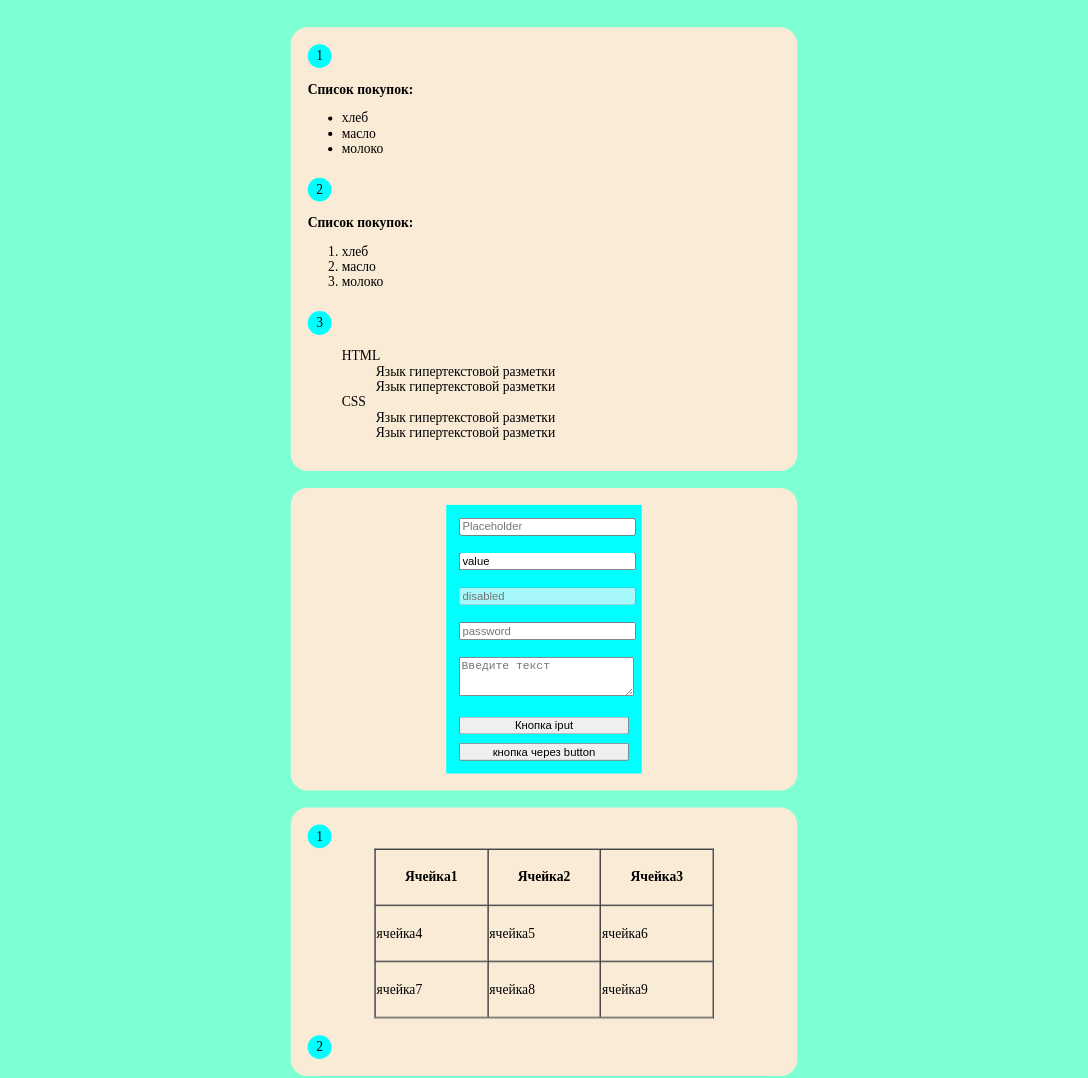
Repository: Savich01/-
Page: html/index.html
The author's editor kept a copy of each file at every save. The page is drawn from the files as they stood at one save, then again after the next save.
The browser window is 1280 px wide. The pictures show the whole page, at 85% of full size.

Above is the page before, as saved 2024-05-31 16:45:12.

### html/index.html
<!DOCTYPE html>
<html lang="en">
<head>
    <meta charset="UTF-8">
    <meta name="viewport" content="width=device-width, initial-scale=1.0">
    <title>Document</title>
    <link rel="stylesheet" href="/css/style.css">
</head>
<body>

    <header class="header">

    </header>
    <main class="main">
        <div class="container">
            <section class="section-1">
                <div class="block">1</div>
                <p class="text">
                    <b>Список покупок:</b>
                </p>
                <ul class="list">
                    <li>хлеб</li>
                    <li>масло</li>
                    <li>молоко</li>
                </ul>

                <div class="block">2</div>
                <p class="text">
                    <b>Список покупок:</b>
                </p>
                <ol class="list">
                    <li>хлеб</li>
                    <li>масло</li>
                    <li>молоко</li>
                </ol>

                <div class="block">3</div>
                <ul class="main-list--item">
                    <li>HTML
                        <ul>
                            <li class="main-link">Язык гипертекстовой разметки</li>
                            <li class="main-link">Язык гипертекстовой разметки</li>
                        </ul>
                    </li>
                    <li>CSS
                        <ul>
                            <li class="main-link">Язык гипертекстовой разметки</li>
                            <li class="main-link">Язык гипертекстовой разметки</li>
                        </ul>
                    </li>
                </ul>
            </section>

            <section class="section-2">
                <form action="#" class="form">
                    <input class="input" type="text" placeholder="Placeholder">
                    <input class="input" type="text" value="value">
                    <input class="input" type="text" disabled="disabled" placeholder="disabled">
                    <input class="input" type="password" placeholder="password">
                    <textarea class="textarea" placeholder="Введите текст"></textarea>
                    <input class="input-btn" type="button" value="Кнопка iput">
                    <button class="button">кнопка через button</button>
                </form>
            </section>

            <section class="section-3">
                <div class="block">1</div>
                <table class="table" width=400 height=200 border=1 cellpedding=0 cellspacing=0>
                    <tr>
                        <th>Ячейка1</th>
                        <th>Ячейка2</th>
                        <th>Ячейка3</th>
                    </tr>

                    <tr>
                        <td>ячейка4</td>
                        <td>ячейка5</td>
                        <td>ячейка6</td>
                    </tr>
                    <tr>
                        <td>ячейка7</td>
                        <td>ячейка8</td>
                        <td>ячейка9</td>
                    </tr>
                </table>

                <div class="block">2</div>
            </section>
        </div>
    </main>
    <footer class="footer">

    </footer>

</body>
</html>

### css/style.css
body{
    max-width: 600px;
    height: 100%;
    margin: 0 auto;
    background-color: aquamarine;
    padding: 0px 10px;
}

.container{
    padding: 2px;
    margin-top: 30px;
}
/* ==========SECTION-1========================== */
.section-1{
    padding: 20px;
    background-color: antiquewhite;
    border-radius: 20px;
    margin-bottom: 20px;
}

.block{
    background-color:aqua;
    display: inline-block;
    padding: 5px 10px;
    border-radius: 100%;
}

.list{
    margin-bottom: 25px;
}
.main-list--item{
    list-style: none;
    /* text-decoration: none; */
}

.main-link{
    list-style: none;
}

/* ==========SECTION-2========================== */

.section-2{
    background-color: antiquewhite;
    border-radius: 20px;
    padding: 20px;
    margin-bottom: 20px;
}

.form{
    margin: 0 auto;
    max-width: 200px;
    padding: 15px;
    background-color: aqua;
}
.input{
    margin: 0 auto;
    width: 100%;
    margin-bottom: 20px;
}
.textarea{
    width: 100%;
    height: 40px;
    margin-bottom: 20px;
}

.input-btn{
    display: block;
    width: 100%;
    margin-bottom: 10px;
    cursor: pointer;
}
.button{
    display: block;
    width: 100%;
    cursor: pointer;
}

/* ==========SECTION-3========================== */

.section-3{
    background-color: antiquewhite;
    border-radius: 20px;
    padding: 20px;
}

.table{
    margin: 0 auto;
    margin-bottom: 20px;
}

After the next save:
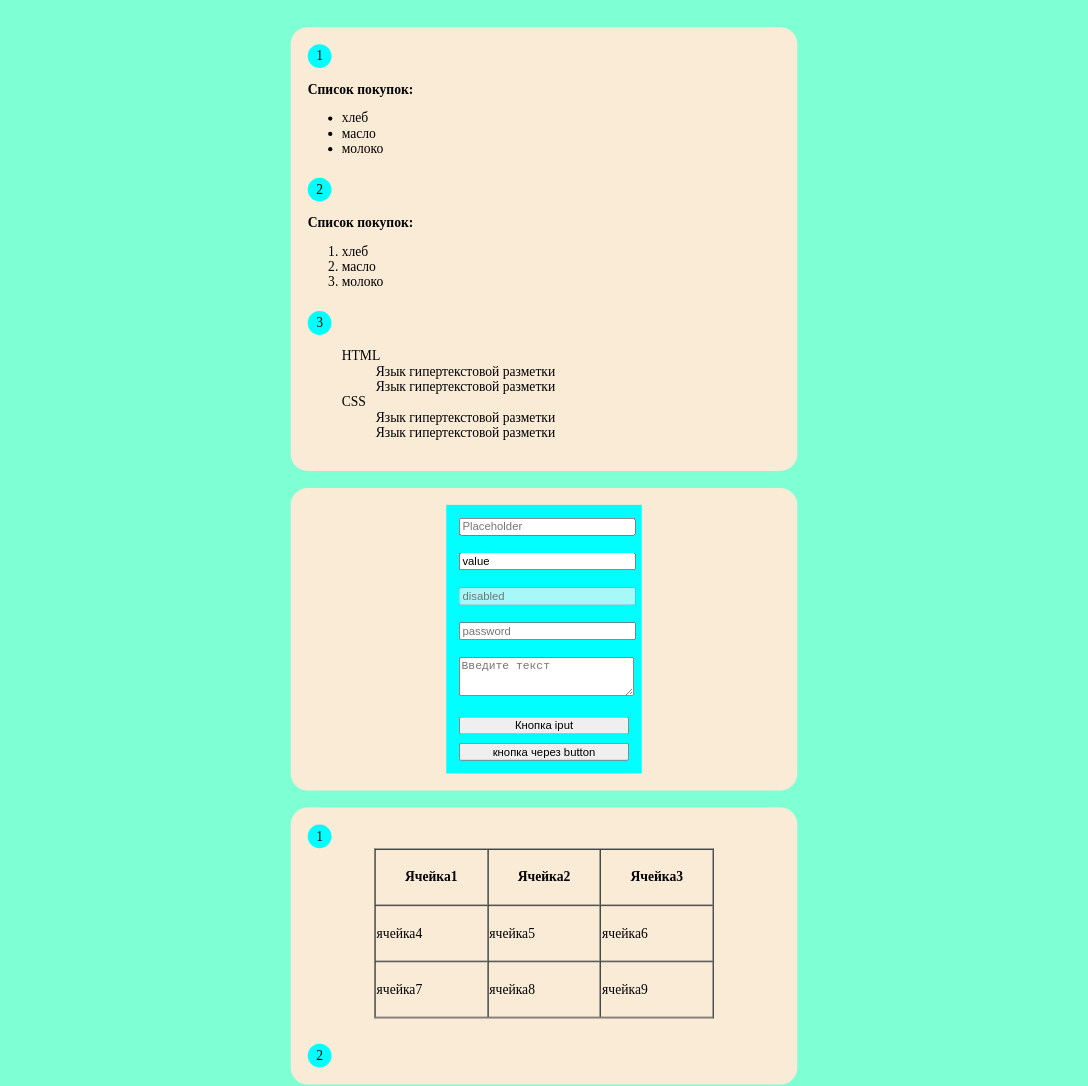
Saved 25 s later.
--- a/css/style.css
+++ b/css/style.css
@@ -85,5 +85,5 @@ body{
 
 .table{
     margin: 0 auto;
-    margin-bottom: 20px;
+    margin-bottom: 30px;
 }
